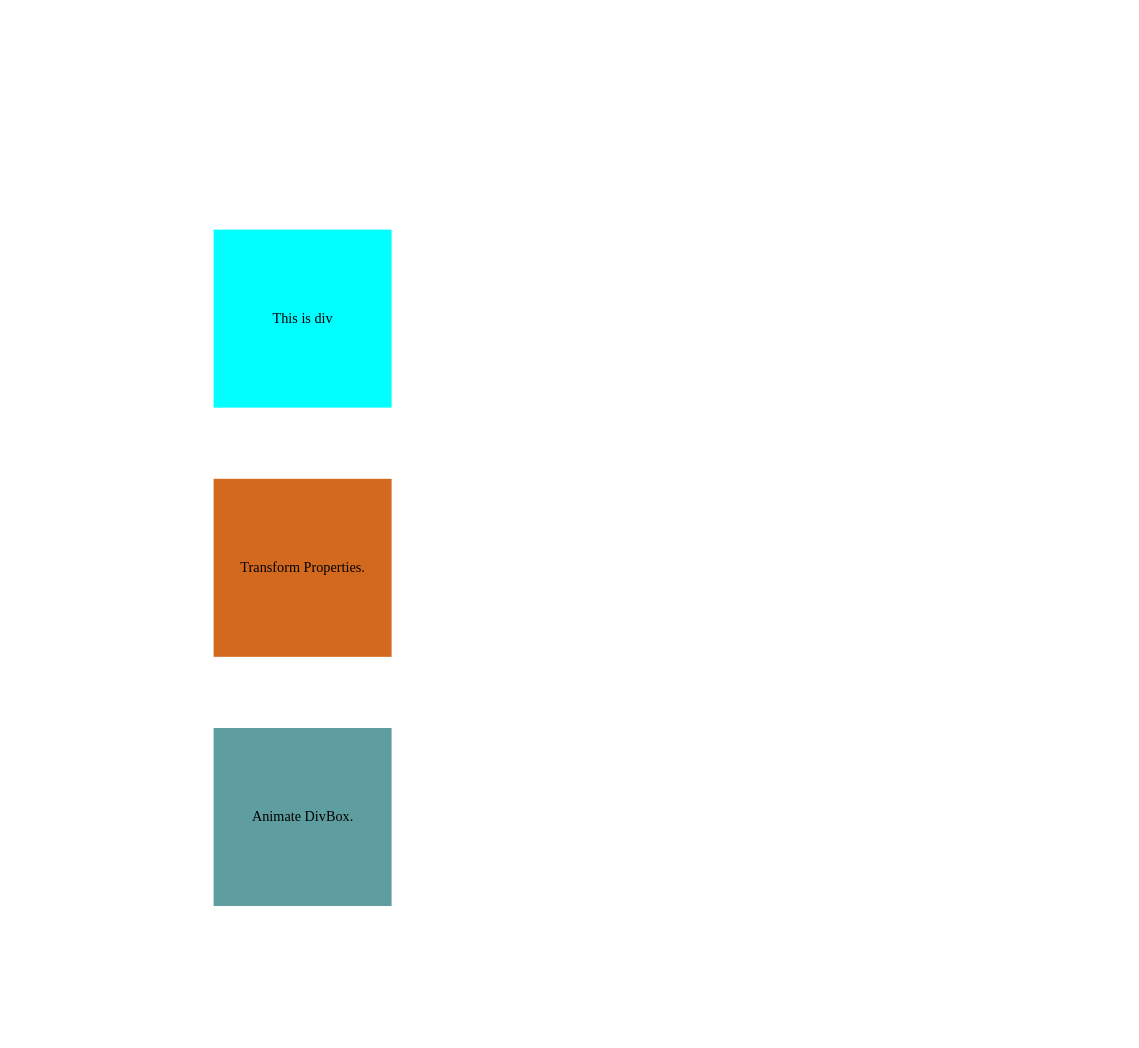
Repository: rakeshkolpepatil/CSS_Apana_College
Page: index.html
An editor plug-in stored every save of this project. The page is shown before and after the next save, followed by the edit.
The browser window is 1280 px wide. The pictures show the whole page, at 89% of full size.

Above is the page before, as saved 2023-06-26 17:50:05.

After the next save:
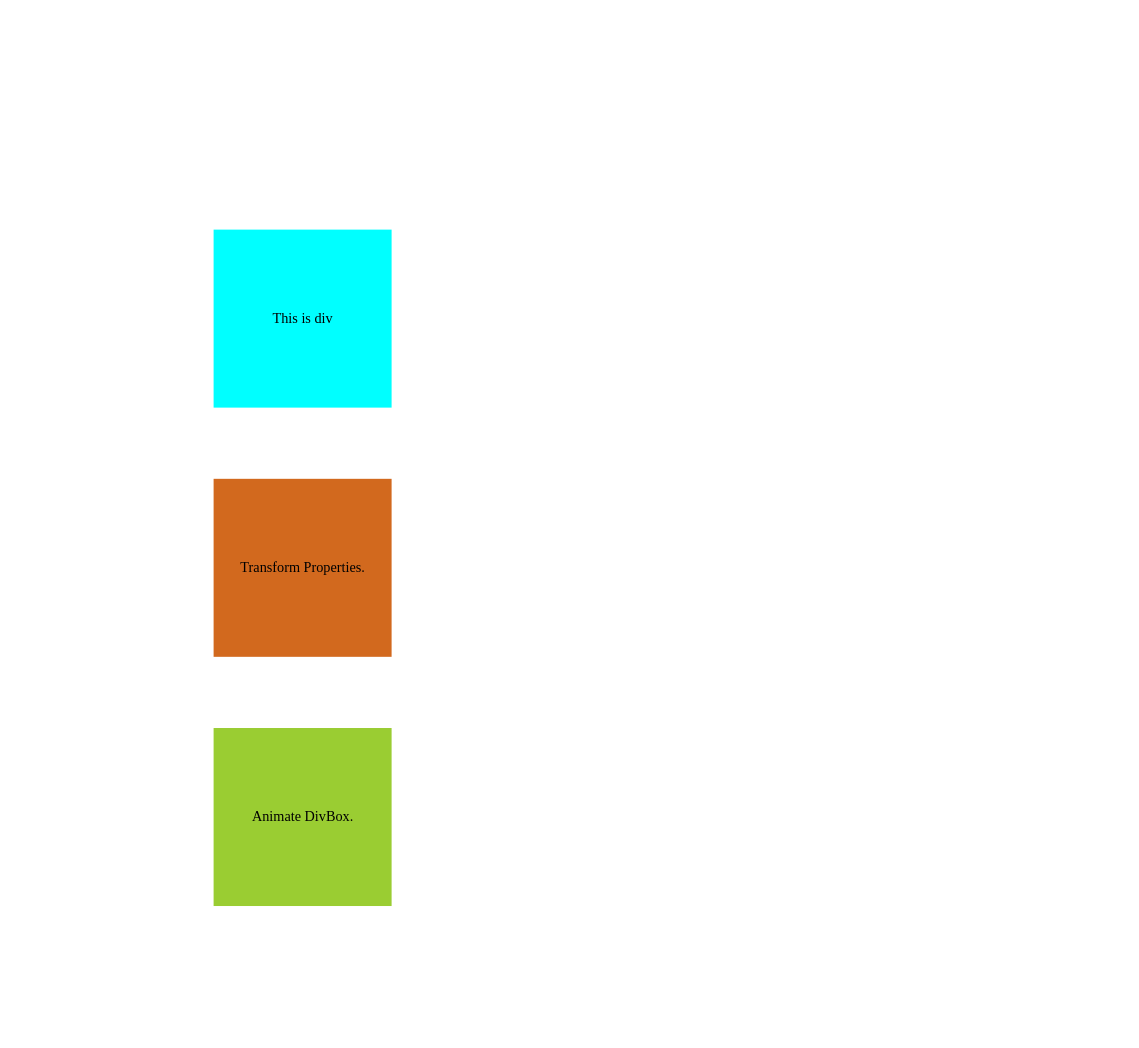
Saved 14 s later.
--- a/transition.css
+++ b/transition.css
@@ -82,5 +82,5 @@
   /* animation-delay: 1s; */
   /* animation-iteration-count: infinite; */
   /* animation-direction: alternate-reverse; */
-  animation: rotatebox 4s linear 1s infinite alternate-reverse;
+  animation: rotateboxpercent 4s linear 1s infinite alternate-reverse;
 }
